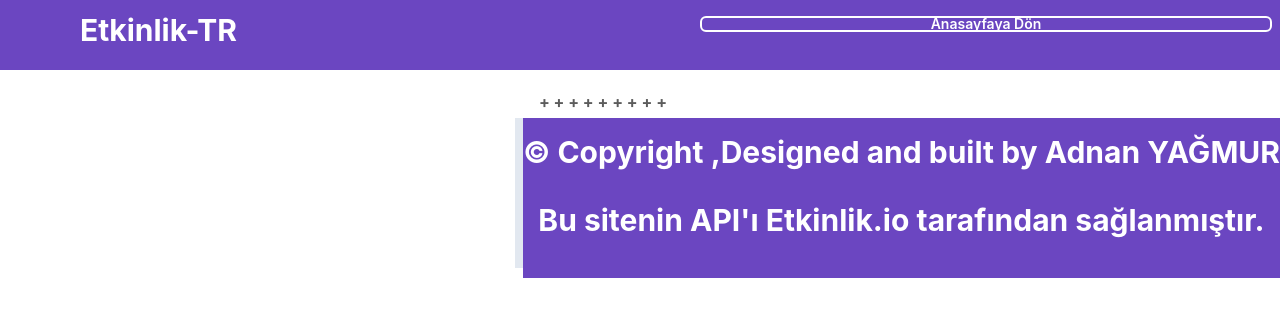
Repository: adnanyagmur/EtsTur-FrontEnd-Hiring-Challange
Page: /detailPage
The author's editor kept a copy of each file at every save. The page is drawn from the files as they stood at one save, then again after the next save.
The browser window is 1280 px wide. The pictures show the whole page.
The project was rebuilt for these pictures with package versions that can differ from the ones it lists, and the page was loaded fresh each time. Also part of the build but not shown: src/index.css, src/components/eventList/EventList.jsx, src/components/hompage/HomePage.jsx, src/pastApi/json.js, src/components/pastEventList/PastList.jsx.

Above is the page before, as saved 2022-06-21 21:52:17.

### src/index.js
import React from 'react';
import ReactDOM from 'react-dom/client';
import './index.css';
import App from './App';
import {BrowserRouter} from "react-router-dom";
import { ChakraProvider, theme } from '@chakra-ui/react'



const root = ReactDOM.createRoot(document.getElementById('root'));
root.render(
  <React.StrictMode>
    <BrowserRouter>
    <ChakraProvider theme={theme}>
    <App />
    </ChakraProvider>
    </BrowserRouter>
  </React.StrictMode>
);

### src/App.js

import { Route, Routes } from "react-router-dom";
import DetailPage from "./components/detailPage/DetailPage";
import HomePage from "./components/hompage/HomePage";
import PastList from "./components/pastEventList/PastList"





function App() {

  return (
    <div>

    <Routes>
      <Route path="/" element={<HomePage></HomePage>}></Route>
      <Route path="/detailPage" element={<DetailPage></DetailPage>}></Route>

      /gecmisEtkinlikler

      <Route path="/gecmisEtkinlikler" element={<PastList></PastList>}></Route>

    </Routes>

    </div>

  );
}

export default App;

### src/components/detailPage/DetailPage.jsx


import { Grid, Box, GridItem, Text, SimpleGrid, Input, InputGroup, Button, InputRightElement } from '@chakra-ui/react';
import { useNavigate } from 'react-router-dom';


const DetailPage= ()=> {



    const name = localStorage.getItem("name");
    const image = localStorage.getItem("image");
    const category = localStorage.getItem("category");
    const description = localStorage.getItem("description");
    const price = localStorage.getItem("price");
    const basTarih =  localStorage.getItem("basTarih");
    const bitistarihi = localStorage.getItem("bitistarihi");
    const venue= localStorage.getItem("venue");
    const ticketLink = localStorage.getItem("ticketLink");
    const address = localStorage.getItem("address");
    const district=  localStorage.getItem("district");


    const navigation = useNavigate();
    const handleClick = () => {
        navigation("/")
    }


    return(
        <div>



     <Grid
          templateAreas={`"header header"
                  "nav main"
                  "nav footer"`}
          gridTemplateRows={'70px 1fr 150px'}
          gridTemplateColumns={'1fr'}
          h='200px'
          gap='1'
          color='blackAlpha.700'
          fontWeight='bold'
        >
          <GridItem pt='2' pl='80px' bg='purple.600' color='white' area={'header'}>
            <SimpleGrid columns={[null, 2]} spacing='40px'>
              <Text as='span' fontSize='3xl' >Etkinlik-TR</Text>

              <Button bg='purple.600'  mr='2' h='1rem' size='sm' mt="2" border='2px' borderColor='white' onClick={handleClick} >
               Anasayfaya Dön
              </Button>
            </SimpleGrid>


          </GridItem>

          <GridItem pl='6' pt='4' pr='6' bg='white' area={'main'} >

            <SimpleGrid columns={[1, null, 2, 3, 4, 5]} spacing='40px'>

            {name}  +  {image} + {category} + {description} + {price} + {basTarih}  +{bitistarihi}

{venue }  + {ticketLink}  + {address} + {district}


            </SimpleGrid>
          </GridItem>
          <GridItem pl='2' bg='gray.200' area={'footer'}>
            <SimpleGrid columns={1} color='white' >
              <Box pt='3' bg='purple.600' textAlign="center" height='80px'> <Text fontSize='3xl' >© Copyright ,Designed and built by Adnan YAĞMUR</Text></Box>
              <Box bg='purple.600' textAlign="center" height='80px'><Text fontSize='3xl' >Bu sitenin API'ı <a href='https://etkinlik.io/'>Etkinlik.io</a> tarafından sağlanmıştır.</Text></Box>
            </SimpleGrid>
          </GridItem>
        </Grid>


        </div>
    )
}

export default DetailPage;

Loaded but not shown: public/index.html (common file)

After the next save:
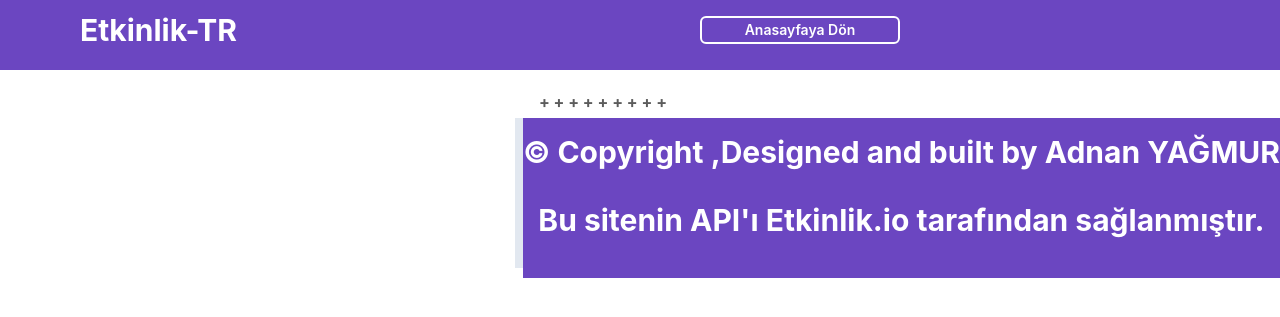
Saved 43 s later.
--- a/src/components/detailPage/DetailPage.jsx
+++ b/src/components/detailPage/DetailPage.jsx
@@ -47,7 +47,7 @@ const DetailPage= ()=> {
             <SimpleGrid columns={[null, 2]} spacing='40px'>
               <Text as='span' fontSize='3xl' >Etkinlik-TR</Text>
 
-              <Button bg='purple.600'  mr='2' h='1rem' size='sm' mt="2" border='2px' borderColor='white' onClick={handleClick} >
+              <Button bg='purple.600' w="200px" mr='2' h='1.75rem' size='sm' mt="2" border='2px' borderColor='white' onClick={handleClick} >
                Anasayfaya Dön
               </Button>
             </SimpleGrid>
